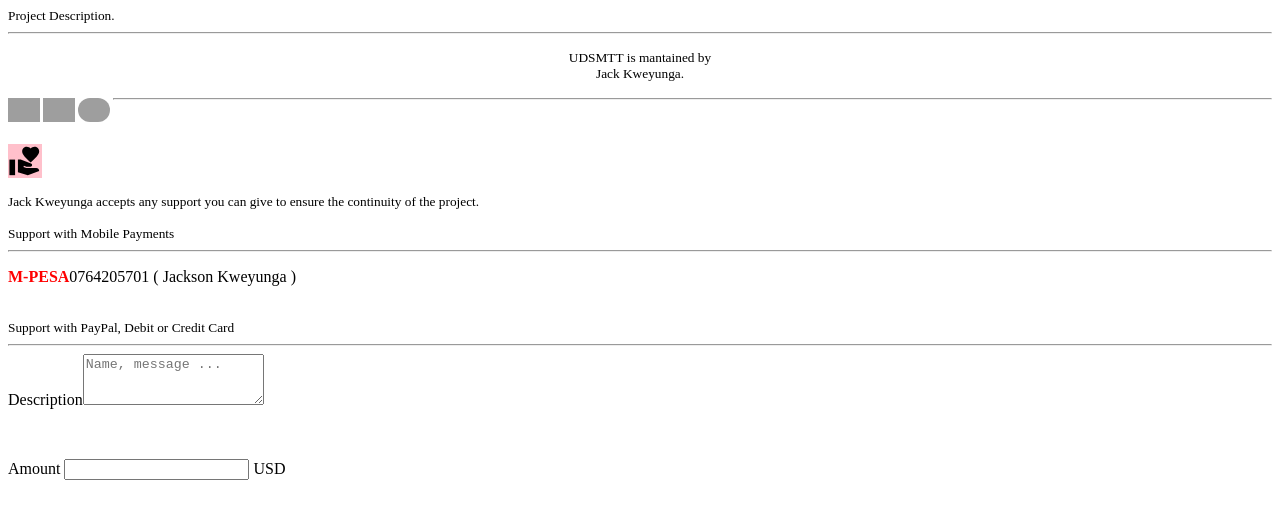
Repository: jackkweyunga/jek-mobile-timetable-v2
Page: src/modules/html/tmb-leftSN.html
An editor plug-in stored every save of this project. The page is shown before and after a run of saves, followed by the edit.
The browser window is 1280 px wide. The pictures show the whole page.
Pictures or frames that could not be fetched are drawn as grey boxes.

Above is the page before, as saved 2021-11-23 04:47:29.

After the next 2 saves:
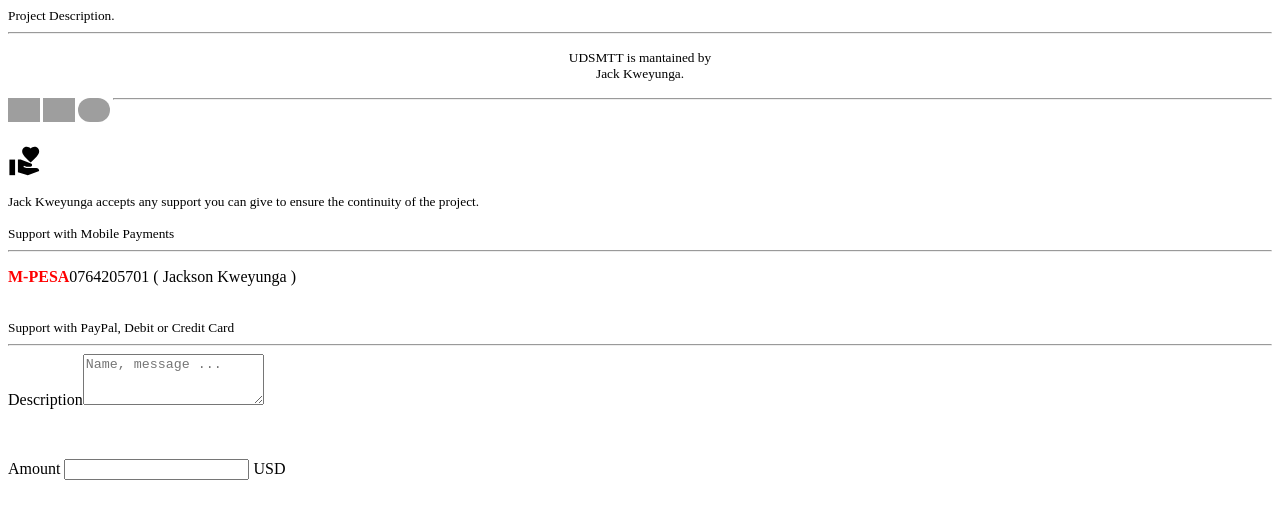
The 2 saves are shown as one change because they came seconds apart.
The last was saved 29 s later.
--- a/src/modules/html/tmb-leftSN.html
+++ b/src/modules/html/tmb-leftSN.html
@@ -27,7 +27,7 @@
   <br>
   <br>
 
-  <svg style="background-color: pink;" xmlns="http://www.w3.org/2000/svg" enable-background="new 0 0 24 24" height="34px" viewBox="0 0 24 24"
+  <svg " xmlns="http://www.w3.org/2000/svg" enable-background="new 0 0 24 24" height="34px" viewBox="0 0 24 24"
     width="34px" fill="#000000">
     <g>
       <rect fill="none" height="24" width="24" />
